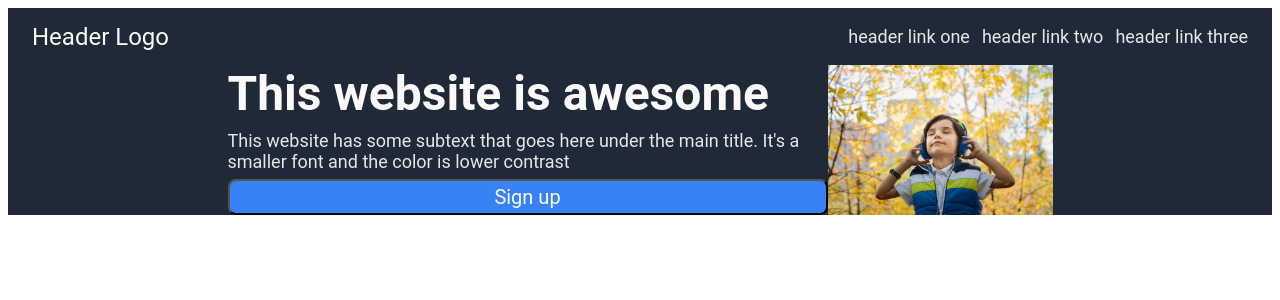
Repository: z1youRA/FirstWebsite
Page: index.html
An editor plug-in stored every save of this project. The page is shown before and after the next save, followed by the edit.
The browser window is 1280 px wide. The pictures show the whole page.

Above is the page before, as saved 2021-11-25 17:29:06.

After the next save:
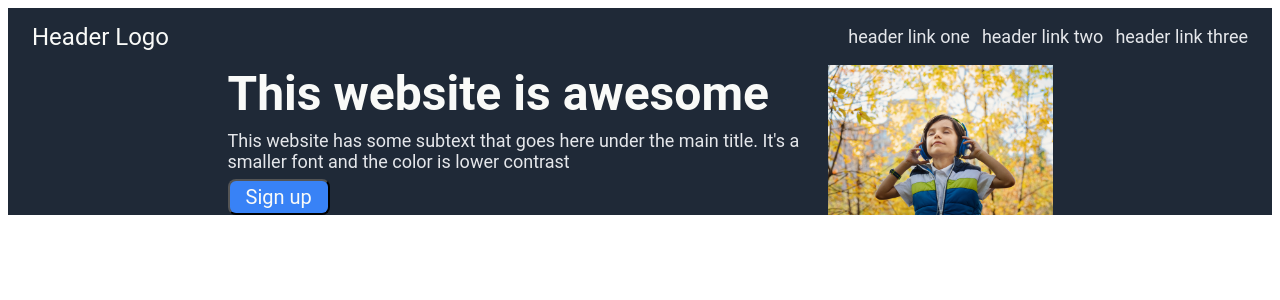
Saved 29 s later.
--- a/styles.css
+++ b/styles.css
@@ -27,6 +27,7 @@ button {
     border-radius: 8px;
     font-size: 20px;
     padding: 4px 16px;
+    align-self: flex-start;
 }
 
 .text {
